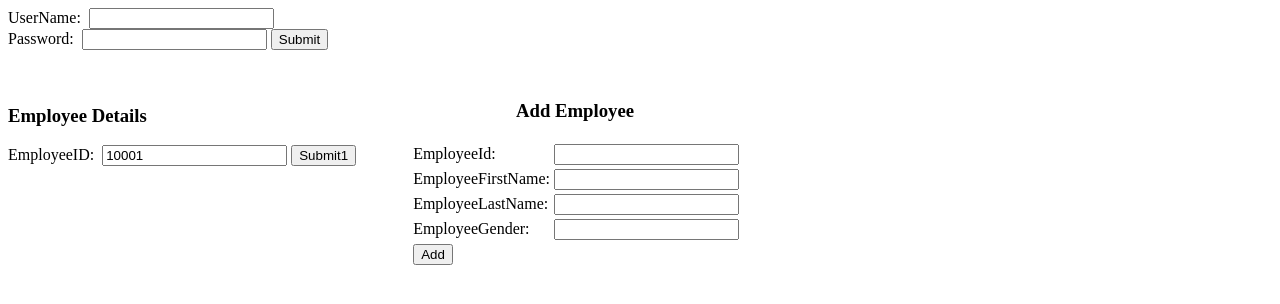
Repository: sandeep27y/MavenWebAppMultiModule-Servlets
Page: http://localhost/EmployeeApplication/LogIn.jsp
The author's editor kept a copy of each file at every save. The page is drawn from the files as they stood at one save, then again after the next save.
The browser window is 1280 px wide. The pictures show the whole page.
The page is served by Tomcat 9. Other server files are loaded and not shown.

Above is the page before, as saved 2017-06-10 20:12:20.

### MavenWebAppMultiModule-Servlets/EmployeeMultiModule/EmployeeApplication/src/main/webapp/LogIn.jsp
<%@ page language="java" contentType="text/html; charset=ISO-8859-1"
    pageEncoding="ISO-8859-1"%>
<!DOCTYPE html PUBLIC "-//W3C//DTD HTML 4.01 Transitional//EN" "http://www.w3.org/TR/html4/loose.dtd">
<html>
<head>
<meta http-equiv="Content-Type" content="text/html; charset=ISO-8859-1">
<title>Insert title here</title>
</head>
<body>
<form action="/EmployeeApplication/employeelogin.do" method="post">
UserName: &nbsp;<input type="text" name="username"><br>
Password: &nbsp;<input type="password" name="password">
<input type="Submit" value="Submit"><br>
</form>
<br><br>
<div align="left">
<form action="/EmployeeApplication/EmployeeInfromation.do" method="post">
<h3>Employee Details</h3>
EmployeeID: &nbsp;<input type="text" name="employeeId" value="10001">
<input type="Submit" value="Submit1"><br>
</form>
</div>
<div align="right" style="margin-top: -85px; margin-right: 530px">
<form action="/EmployeeApplication/add" method="post">
<h3 style="margin-right: 108px">Add Employee</h3>
<table>
	<tr>
		<td>EmployeeId: </td>
		<td><input type="text" name="employeeId"></td>
	</tr>
	<tr>
		<td>EmployeeFirstName: </td>
		<td><input type="text" name="firstName"></td>
	</tr>
	<tr>
		<td>EmployeeLastName: </td>
		<td><input type="text" name="lastName"></td>
	</tr>
	<tr>
		<td>EmployeeGender: </td>
		<td><input type="text" name="gender"></td>
	</tr>
	<tr>
		<td><input type="submit" value="Add"></td>
	</tr>
</table>
</div>
</form>
</body>
</html>

After the next save:
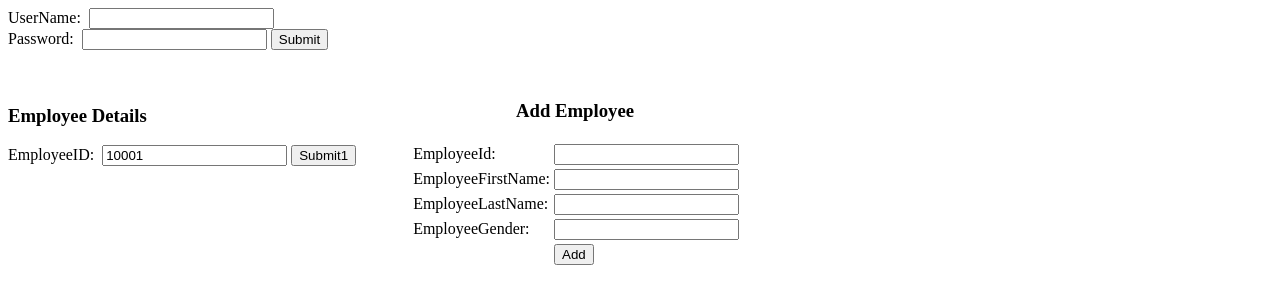
Saved 37 s later.
--- a/MavenWebAppMultiModule-Servlets/EmployeeMultiModule/EmployeeApplication/src/main/webapp/LogIn.jsp
+++ b/MavenWebAppMultiModule-Servlets/EmployeeMultiModule/EmployeeApplication/src/main/webapp/LogIn.jsp
@@ -41,7 +41,7 @@ EmployeeID: &nbsp;<input type="text" name="employeeId" value="10001">
 		<td><input type="text" name="gender"></td>
 	</tr>
 	<tr>
-		<td><input type="submit" value="Add"></td>
+		<td><td><input type="submit" value="Add"></td>
 	</tr>
 </table>
 </div>
